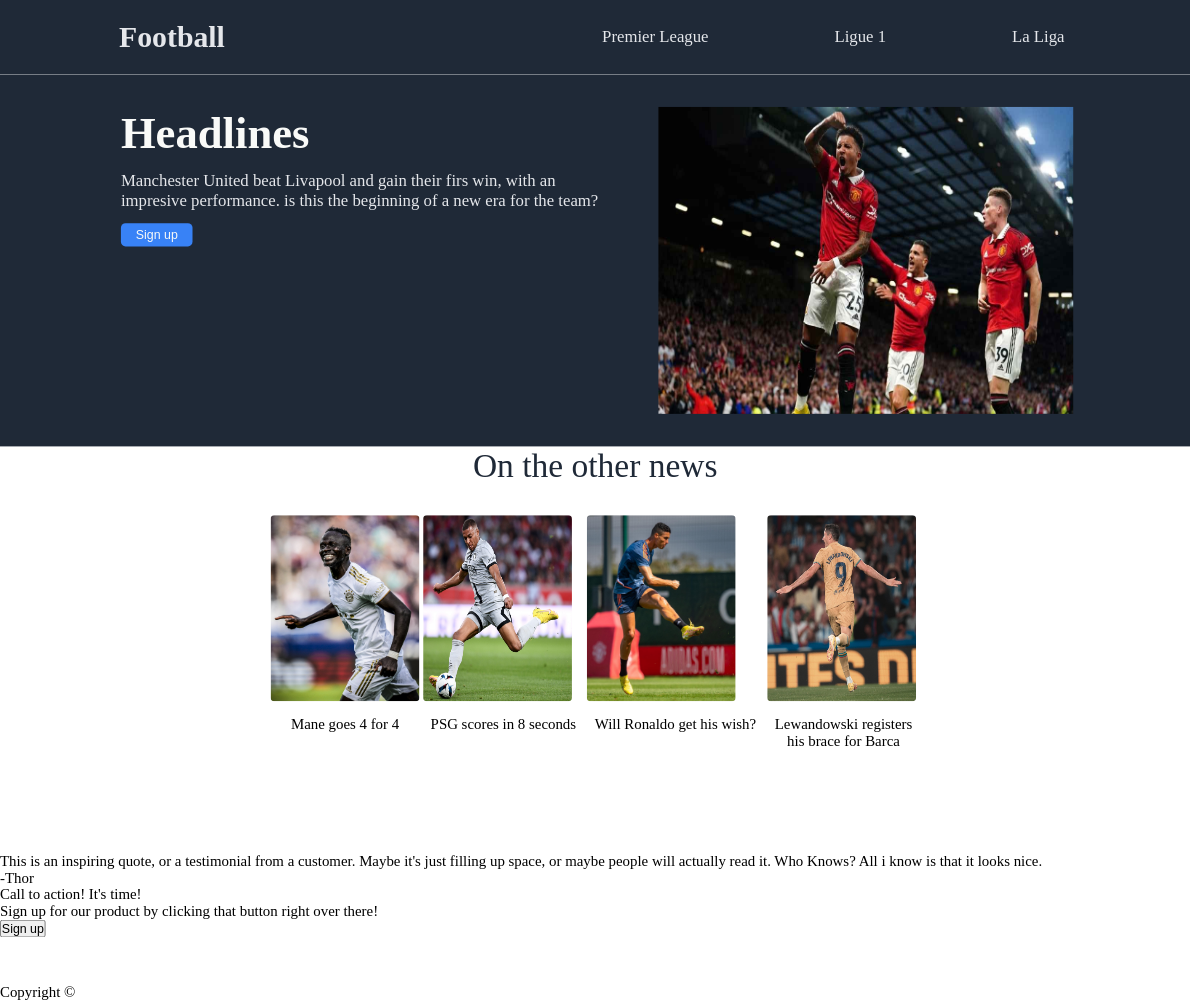
Repository: MhlengiNgubane/Brainnest_CSS
Page: index.html
These files come from the project's save history. The page is drawn as it stood at one moment and after the next save; the edit follows.
The browser window is 1280 px wide. The pictures show the whole page, at 93% of full size.

Above is the page before, as saved 2022-08-28 00:23:03.

After the next save:
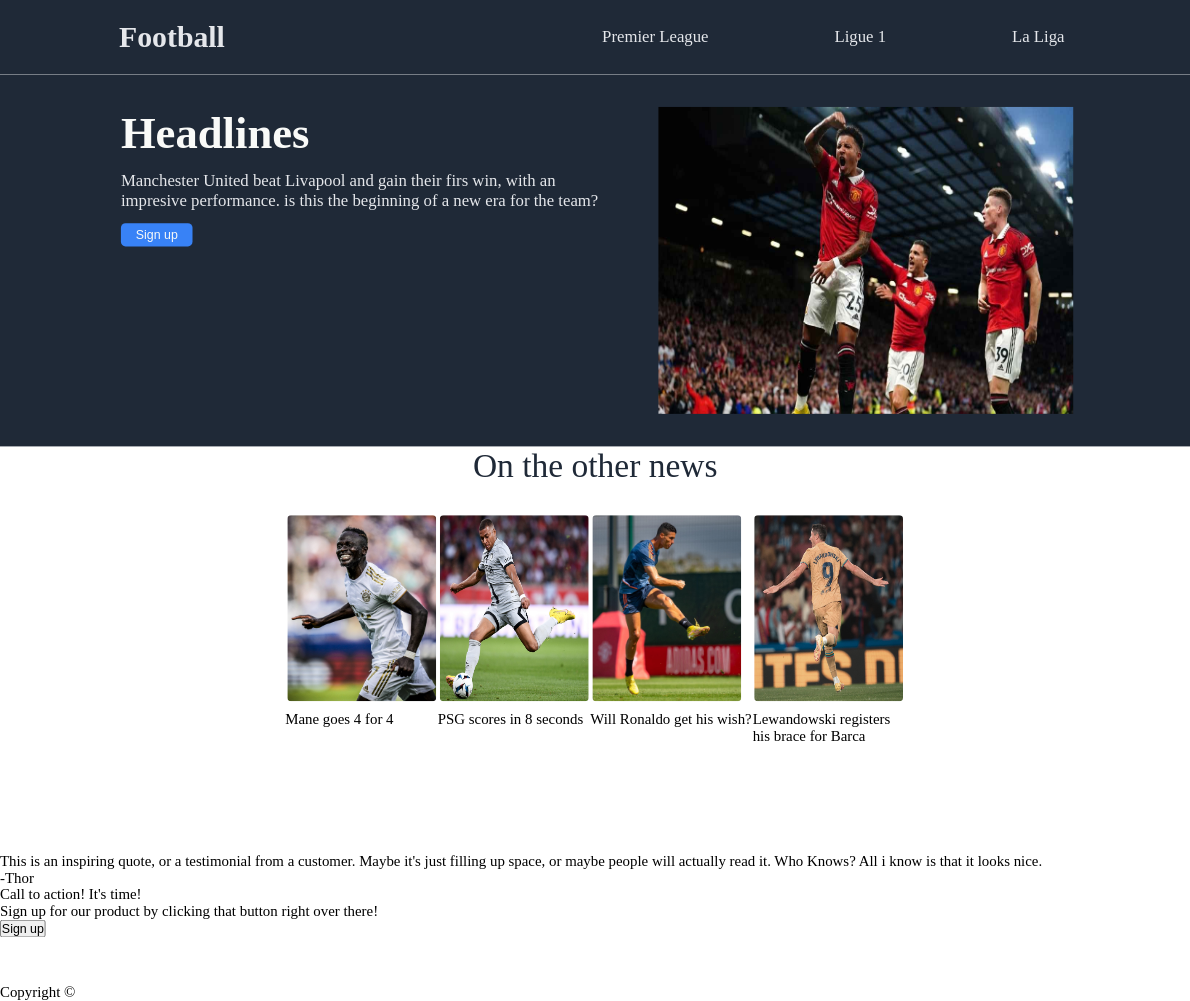
Saved 38 s later.
--- a/css/style.css
+++ b/css/style.css
@@ -110,6 +110,7 @@
     margin: 2px
 }
 figcaption{
-    padding: 10px;
-    text-align: center;
+    margin-top: 5px;
+    margin-bottom: 0px;
+    margin-right: 1px;
 }
